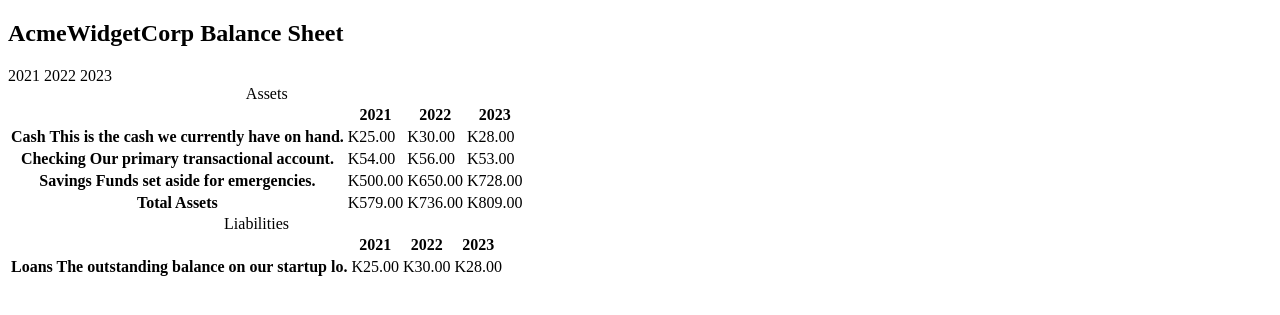
Repository: Lungdjos/balance_shee
Page: index.html
An editor plug-in stored every save of this project. The page is shown before and after the next save, followed by the edit.
The browser window is 1280 px wide. The pictures show the whole page.

Above is the page before, as saved 2023-10-31 16:49:56.

After the next save:
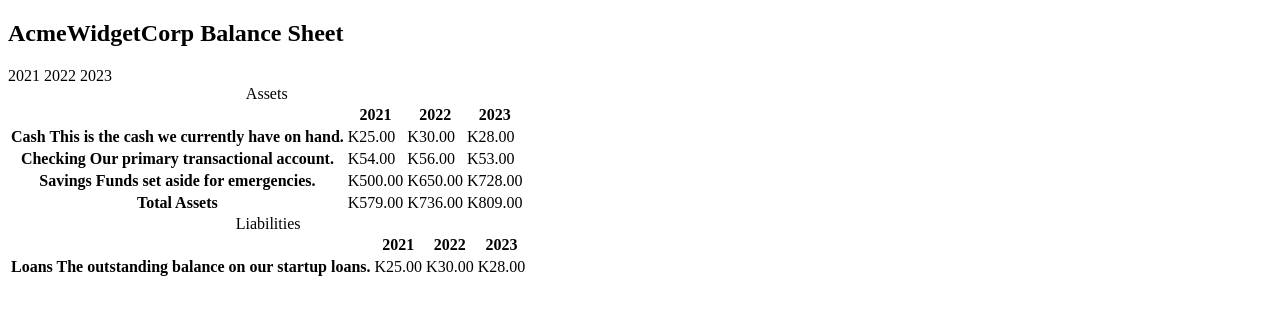
Saved 5 s later.
--- a/index.html
+++ b/index.html
@@ -82,7 +82,7 @@
                     <tbody>
                         <tr class="data">
                             <th>
-                                Loans <span class="description">The outstanding balance on our startup lo.</span>
+                                Loans <span class="description">The outstanding balance on our startup loans.</span>
                             </th>
                             <td>K25.00</td>
                             <td>K30.00</td>
